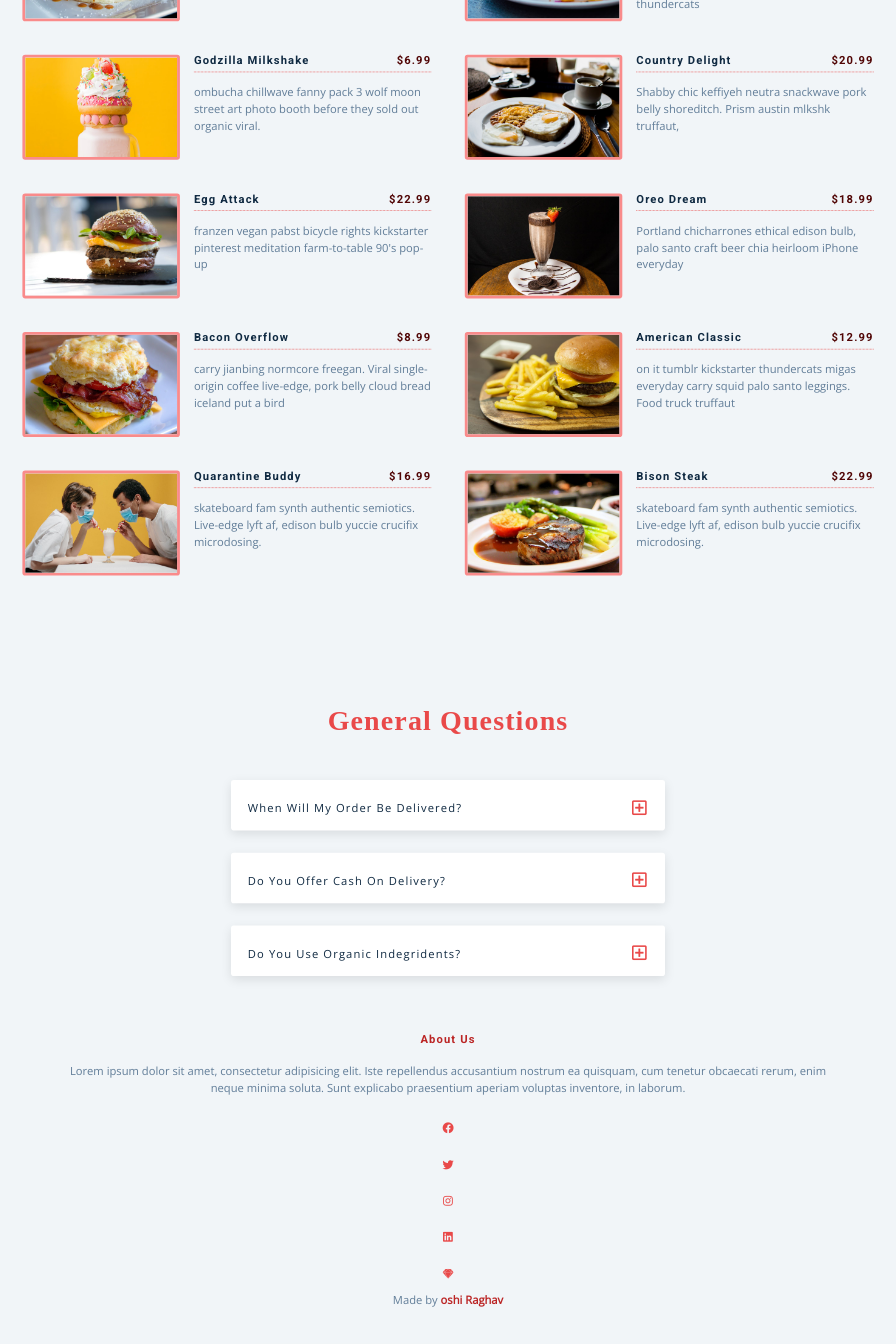
Repository: xoshiraghavx/Food-you
Page: index.html
The author's editor kept a copy of each file at every save. The page is drawn from the files as they stood at one save, then again after the next save.
The browser window is 1280 px wide. The pictures show the part of the page from y = 1245 to 3165 px (the page is 3165 px tall before and 3025 px after), at 70% of full size.
Some web libraries are served in a nearby version.

Above is the page before, as saved 2022-12-03 08:48:26.

### index.html
<!DOCTYPE html>
<html lang="en">
  <head>
    <meta charset="UTF-8" />
    <meta name="viewport" content="width=device-width, initial-scale=1.0" />
    <title>interior design</title>
    <!-- font-awesome -->
    <link
      rel="stylesheet"
      href="https://cdnjs.cloudflare.com/ajax/libs/font-awesome/5.14.0/css/all.min.css"
    />

    <!-- styles -->
    <link rel="stylesheet" href="styles.css" />
  </head>
  <body>
<nav>
  <div class="nav-center">
    <div class="nav-header">
      <div class="logo-div">
      <img src="./img/logo.png" alt="logo" class="logo">
      <div class="logo-name">
      <p><span id="color"><b>FOOD </b><br><i>& you</i></span></p>
    </div>
    </div>
      <button class="nav-toggle">
        <i class="fas fa-bars"></i>
      </button>
    </div>
    <!-- links -->
    <ul class="links">

      <li>
        <a href="index.html">home</a>
      </li>
      <li>
        <a href="about.html">about</a>
      </li>
      <li>
        <a href="contact.html">contact</a>
      </li>
    </ul>
    <!-- social media -->
    <ul class="social-icons">
      <li>
        <a href="https://www.facebook.com">
          <i class="fab fa-facebook"></i>
        </a>
      </li>
      <li>
        <a href="https://www.twitter.com">
          <i class="fab fa-twitter"></i>
        </a>
      </li>
      <li>
        <a href="https://www.instagram.com">
          <i class="fab fa-instagram"></i>
        </a>
      </li>
      <li>
        <a href="https://www.linkedin.com">
          <i class="fab fa-linkedin"></i>
        </a>
      </li>
      <li>
        <a href="https://www.twitter.com">
          <i class="fab fa-sketch"></i>
        </a>
      </li>
    </ul>
  </div>
</nav>
<header class="hero">
  <div class="banner">
    <h2>Looking for some food!</h2>
    <button class="btn modal-btn">Order Now</button>
  </div>
</header>
<div class="modal-overlay">
  <div class="modal-container">
    <br>
    <h3>Title</h3>
    <p>Lorem ipsum dolor sit amet consectetur adipisicing elit. Illo deleniti eum mollitia distinctio! Nesciunt dolor minima animi esse officia! Recusandae? Lorem ipsum dolor sit amet consectetur, adipisicing elit. Aspernatur, hic.</p>
    <button class="close-btn">
      <i class="fas fa-times"> </i>
    </button>
  </div>
</div>
<section class="menu">
  <div class="title">
    <h2>Our Menu</h2>
    <div class="underline"></div>
  </div>
  <div class="btn-container">
    <!-- <button class="filter-btn" type="button" data-id="all">all</button>
    <button class="filter-btn" type="button"data-id="breakfast">breakfast</button>
    <button class="filter-btn" type="button" data-id="lunch">lunch</button>
    <button class="filter-btn" type="button" data-id="shakes">shakes</button> -->
  </div>
    <div class="section-center">
      <!-- <article class="menu-item">
        <img src="./menu-item.jpeg" class="photo" alt="menu item">
        <div class="item-info">
          <header>
            <h4>buttermilk pancakes</h4>
            <h4 class="price">Rs 600/-</h4>
          </header>
          <p class="item-text">Lorem ipsum, dolor sit amet consectetur adipisicing elit. Dolore totam aliquid ut eius architecto magni cumque explicabo voluptate, repudiandae harum.</p>
        </div>
      </article> -->
    </div>
</section>
<section class="questions">
  <div class="title">
    <h2>general questions</h2>
  </div>
  <div class="question-center">
    <article class="question">
      <div class="question-title">
      <p>When will my order be delivered?</p>
      <button type="button" class="question-btn">
        <span class="plus-icon">
      <i class="far fa-plus-square"></i>
        </span>

        <span class="minus-icon">
      <i class="far fa-minus-square"></i>
        </span>

      </button>
    </div>
    <div class="question-text">
      <p>Estimated delivery are given against each products. While sincere efforts are being made to deliver the products within the given time frame factors like, availability, festive seasons, courier delays are bound to happen. These factors are constantly monitored to keep any inordinate delays under control.</p>
    </div>
    </article>
    <article class="question">
      <div class="question-title">
      <p>Do you offer Cash on Delivery?</p>
      <button type="button" class="question-btn">
        <span class="plus-icon">
      <i class="far fa-plus-square"></i>
        </span>

        <span class="minus-icon">
      <i class="far fa-minus-square"></i>
        </span>

      </button>
    </div>
    <div class="question-text">
      <p>Yes. We offer Cash on Delivery which most of the other websites don't offer.</p>
    </div>
    </article>
    <article class="question">
      <div class="question-title">
      <p>do you use organic indegridents?</p>
      <button type="button" class="question-btn">
        <span class="plus-icon">
      <i class="far fa-plus-square"></i>
        </span>

        <span class="minus-icon">
      <i class="far fa-minus-square"></i>
        </span>

      </button>
    </div>
    <div class="question-text">
      <p>We deliver the products that are fresh and systems are kept in place to source the best products and safely consign them to you. We don't stock the products but place once we receive orders.</p>
    </div>
    </article>
  </div>
</section>
<!-- --------footer--------- -->
<section class="footer">
  <h4 id="color">About Us</h4>
  <p>Lorem ipsum dolor sit amet, consectetur adipisicing elit. Iste repellendus accusantium nostrum ea quisquam, cum tenetur obcaecati rerum, enim <br> neque minima soluta. Sunt explicabo praesentium aperiam voluptas inventore, in laborum.</p>
  <ul class="icons">
    <li>
      <a href="https://www.facebook.com">
        <i class="fab fa-facebook"></i>
      </a>
    </li>
    <li>
      <a href="https://www.twitter.com">
        <i class="fab fa-twitter"></i>
      </a>
    </li>
    <li>
      <a href="https://www.instagram.com">
        <i class="fab fa-instagram"></i>
      </a>
    </li>
    <li>
      <a href="https://www.linkedin.com">
        <i class="fab fa-linkedin"></i>
      </a>
    </li>
    <li>
      <a href="https://www.twitter.com">
        <i class="fab fa-sketch"></i>
      </a>
    </li>
  </ul>
  <p>Made by <b id="color">oshi Raghav</b></p>
</section>
<!-- javascript -->
    <script src="app.js"></script>
  </body>
</html>

### styles.css
/*
===============
Fonts
===============
*/
@import url('https://fonts.googleapis.com/css?family=Open+Sans|Roboto:400,700&display=swap');

/*
===============
Variables
===============
*/

:root {
  /* dark shades of primary color*/
  --clr-primary-1: hsl(0, 86%, 17%);
  --clr-primary-2: hsl(0, 77%, 27%);
  --clr-primary-3: hsl(0, 72%, 37%);
  --clr-primary-4: hsl(0, 63%, 48%);
  /* primary/main color */
  --clr-primary-5: hsl(0, 78%, 60%);
  /* lighter shades of primary color */
  --clr-primary-6: hsl(0, 90%, 70%);
  --clr-primary-7: hsl(0, 90%, 76%);
  --clr-primary-8: hsl(0, 86%, 81%);
  --clr-primary-9: hsl(0, 90%, 88%);
  --clr-primary-10: hsl(0, 100%, 96%);
  /* darkest grey - used for headings */
  --clr-grey-1: hsl(209, 61%, 16%);
  --clr-grey-2: hsl(211, 39%, 23%);
  --clr-grey-3: hsl(209, 34%, 30%);
  --clr-grey-4: hsl(209, 28%, 39%);
  /* grey used for paragraphs */
  --clr-grey-5: hsl(210, 22%, 49%);
  --clr-grey-6: hsl(209, 23%, 60%);
  --clr-grey-7: hsl(211, 27%, 70%);
  --clr-grey-8: hsl(210, 31%, 80%);
  --clr-grey-9: hsl(212, 33%, 89%);
  --clr-grey-10: hsl(210, 36%, 96%);
  --clr-white: #fff;
  --clr-red-dark: hsl(360, 67%, 44%);
  --clr-red-light: hsl(360, 71%, 66%);
  --clr-green-dark: hsl(125, 67%, 44%);
  --clr-green-light: hsl(125, 71%, 66%);
  --clr-black: #222;
  --ff-primary: 'Roboto', sans-serif;
  --ff-secondary: 'Open Sans', sans-serif;
  --transition: all 0.3s linear;
  --spacing: 0.1rem;
  --radius: 0.25rem;
  --light-shadow: 0 5px 15px rgba(0, 0, 0, 0.1);
  --dark-shadow: 0 5px 15px rgba(0, 0, 0, 0.2);
  --max-width: 1170px;
  --fixed-width: 620px;
}
/*
===============
Global Styles
===============
*/

*,
::after,
::before {
  margin: 0;
  padding: 0;
  box-sizing: border-box;
}
body {
  font-family: var(--ff-secondary);
  background: var(--clr-grey-10);
  color: var(--clr-grey-1);
  line-height: 1.5;
  font-size: 0.875rem;
}
ul {
  list-style-type: none;
}
a {
  text-decoration: none;
}
img:not(.logo) {
  width: 100%;
}
img {
  display: block;
}
h1,
h2,
h3,
h4 {
  letter-spacing: var(--spacing);
  text-transform: capitalize;
  line-height: 1.25;
  margin-bottom: 0.75rem;
  font-family: var(--ff-primary);
}
h1 {
  font-size: 3rem;
}
h2 {
  font-size: 2rem;
}
h3 {
  font-size: 1.25rem;
}
h4 {
  font-size: 0.875rem;
}
p {
  margin-bottom: 1.25rem;
  color: var(--clr-grey-5);
}
@media screen and (min-width: 800px) {
  h1 {
    font-size: 4rem;
  }
  h2 {
    font-size: 2.5rem;
  }
  h3 {
    font-size: 1.75rem;
  }
  h4 {
    font-size: 1rem;
  }
  body {
    font-size: 1rem;
  }
  h1,
  h2,
  h3,
  h4 {
    line-height: 1;
  }
}
/*  global classes */
.btn {
  text-transform: uppercase;
  background: transparent;
  color: var(--clr-black);
  padding: 0.375rem 0.75rem;
  letter-spacing: var(--spacing);
  display: inline-block;
  transition: var(--transition);
  font-size: 0.875rem;
  border: 2px solid var(--clr-black);
  cursor: pointer;
  box-shadow: 0 1px 3px rgba(0, 0, 0, 0.2);
  border-radius: var(--radius);
}
.btn:hover {
  color: var(--clr-white);
  background: var(--clr-black);
}
/* section */
.section {
  padding: 5rem 0;
}


@media screen and (min-width: 992px) {
  .section-center .question-center {
    width: 95vw;
  }
}
main {
  min-height: 100vh;
  display: grid;
  place-items: center;
}

/*
===============
Navbar
===============
*/
nav {
  background: var(--clr-white);
  box-shadow: var(--light-shadow);
  position: fixed;
  width: 100%;
}
.nav-header {
  display: flex;
  align-items: center;
  justify-content: space-between;
  padding: 1rem;
}
.nav-toggle {
  font-size: 1.5rem;
  color: var(--clr-primary-5);
  background: transparent;
  border-color: transparent;
  transition: var(--transition);
  cursor: pointer;
}
.nav-toggle:hover {
  color: var(--clr-primary-1);
  transform: rotate(90deg);
}
.logo-div{
  display: flex;
}
.logo {
  height: 90px;
  width: 90px;
}
.logo-name{
  margin-top: 20px;
}
#color{
  color: var(--clr-red-dark);

}
.links a {
  color: var(--clr-grey-3);
  font-size: 1rem;
  text-transform: capitalize;
  letter-spacing: var(--spacing);
  display: block;
  padding: 0.5rem 1rem;
  transition: var(--transition);
}
.links a:hover {
  background: var(--clr-primary-8);
  color: var(--clr-primary-5);
  padding-left: 1.5rem;
}
.social-icons {
  display: none;
}
.links {
  height: 0;
  overflow: hidden;
  transition: var(--transition);
}
.show-links {
  height: 10rem;
}
@media screen and (min-width: 800px) {
  .nav-center {
    max-width: 1170px;
    margin: 0 auto;
    display: flex;
    align-items: center;
    justify-content: space-between;
    padding: 1rem;
  }
  .nav-header {
    padding: 0;
  }
  .nav-toggle {
    display: none;
  }
  .links {
    height: auto;
    display: flex;
  }
  .links a {
    padding: 0;
    margin: 0 0.5rem;
  }
  .links a:hover {
    padding: 0;
    background: transparent;
  }

  .social-icons {
    display: flex;
  }
  .social-icons a {
    margin: 0 0.5rem;
    color: var(--clr-primary-4);
    transition: var(--transition);
  }
  .social-icons a:hover {
    color: var(--clr-primary-7);
  }
}
/* modal css  */
.hero {
  height: 100vh;
  background: linear-gradient(rgba(4, 9, 30, 0.421),rgba(4, 9, 30, 0.421)),url("https://discovertemplate.com/wp-content/uploads/2020/11/DT_G62_Food-drink-Animated-GIF-Icon-Pack.gif") center/cover no-repeat;
  display: grid;
  place-items: center;
}
.banner {
  background: var(--clr-white);
  padding: 4rem 0;
  border-radius: var(--radius);
  box-shadow: var(--light-shadow);
  text-align: center;
  width: 90vw;
  max-width: var(--fixed-width);
}
.modal-btn {
  margin-top: 2rem;
  background: var(--clr-primary-5);
  border-color: var(--clr-primary-5);
  color: var(--clr-white);
}
.modal-btn:hover {
  background: transparent;
  color: var(--clr-primary-5);
}
.modal-overlay {
  position: fixed;
  top: 0;
  left: 0;
  width: 100%;
  height: 100%;
  background: hsla(209, 61%, 16%, 0.77);
  display: grid;
  place-items: center;
  transition: var(--transition);
  visibility: hidden;
  z-index: -10;
}
/* OPEN/CLOSE MODAL */
.open-modal {
  visibility: visible;
  z-index: 10;
}
.modal-container {
  background: var(--clr-white);
  border-radius: var(--radius);
  width: 90vw;
  height: 30vh;
  max-width: var(--fixed-width);
  text-align: center;
  display: grid;
  place-items: center;
  position: relative;
}
.close-btn {
  position: absolute;
  top: 1rem;
  right: 1rem;
  font-size: 2rem;
  background: transparent;
  border-color: transparent;
  color: var(--clr-red-dark);
  cursor: pointer;
  transition: var(--transition);
}
.close-btn:hover {
  color: var(--clr-red-light);
  transform: scale(1.3);
}
/* menu css */

.menu {
  padding: 5rem 0;
}
.title {
  text-align: center;
  margin-bottom: 2rem;
}
.underline {
  width: 5rem;
  height: 0.25rem;
  background: var(--clr-primary-8);
  margin-left: auto;
  margin-right: auto;
}
.btn-container {
  margin-bottom: 4rem;
  display: flex;
  justify-content: center;
}
.filter-btn {
  background: transparent;
  border-color: var(--clr-primary-5);
  font-size: 1rem;
  text-transform: capitalize;
  margin: 0 0.5rem;
  letter-spacing: 1px;
  border-radius: var(--radius);
  padding: 0.375rem 0.75rem;
  color: var(--clr-primary-5);
  cursor: pointer;
  transition: var(--transition);
}
.filter-btn:hover {
  background: var(--clr-primary-5);
  color: var(--clr-white);
}
.section-center .question-center{
  width: 90vw;
  max-width: 1170px;
}
.section-center{
  display: grid;
  margin: 0 auto;
  gap: 3rem 3rem;
  justify-items: center;
}
.menu-item {
  display: grid;
  gap: 1rem 2rem;
  max-width: 25rem;
}
.photo {
  object-fit: cover;
  height: 200px;
  border: 0.25rem solid var(--clr-primary-7);
  border-radius: var(--radius);
}
.item-info header {
  display: flex;
  justify-content: space-between;
  border-bottom: 0.5px dotted var(--clr-primary-5);
}
.item-info h4 {
  margin-bottom: 0.5rem;
}
.price {
  color: var(--clr-primary-1);
}
.item-text {
  margin-bottom: 0;
  padding-top: 1rem;
}

@media screen and (min-width: 768px) {
  .menu-item {
    grid-template-columns: 225px 1fr;
    gap: 0 1.25rem;
    max-width: 40rem;
  }
  .photo {
    height: 175px;
  }
}
@media screen and (min-width: 1200px) {
  .section-center {
    width: 95vw;
    grid-template-columns: 1fr 1fr;
  }
  .photo {
    height: 150px;
  }
}

/*
===============
Questions
===============
*/
.title {
  margin-top: 15vh;
  margin-bottom: 4rem;
}
.title h2 {
  color: var(--clr-primary-5);
  font-family: "Great Vibes", cursive;
  text-align: center;
}
.question-center {
  max-width: var(--fixed-width);
  margin: 0 auto;
}
.question {
  background: var(--clr-white);
  border-radius: var(--radius);
  box-shadow: var(--light-shadow);
  padding: 1.5rem 1.5rem 0 1.5rem;
  margin-bottom: 2rem;
}
.question-title {
  display: flex;
  justify-content: space-between;
  align-items: center;
  text-transform: capitalize;
  padding-bottom: 1rem;
}
.question-title p {
  margin-bottom: 0;
  letter-spacing: var(--spacing);
  color: var(--clr-grey-1);
}
.question-btn {
  font-size: 1.5rem;
  background: transparent;
  border-color: transparent;
  cursor: pointer;
  color: var(--clr-primary-5);
  transition: var(--transition);
}
.question-btn:hover {
  transform: rotate(90deg);
}
.question-text {
  padding: 1rem 0 1.5rem 0;
  border-top: 1px solid rgba(0, 0, 0, 0.2);
}
.question-text p {
  margin-bottom: 0;
}
/* hide text */
.question-text {
  display: none;
}
.show-text .question-text {
  display: block;
}
.minus-icon {
  display: none;
}
.show-text .minus-icon {
  display: inline;
}
.show-text .plus-icon {
  display: none;
}
/* ---------footer----------- */
.footer{
  width: 100%;
  text-align: center;
  padding: 30px 0;
}
.footer h4{
  margin-bottom: 25px;
  margin-top: 20px;
  font-weight: 600;
}
.icons .fab{
  color: var(--clr-primary-5);
  margin: 0 13px;
  cursor: pointer;
  padding: 18px 0;
}

### app.js
// // classList - shows/gets all classes
// // contains - checks classList for specific class
// // add - add class
// // remove - remove class
// // toggle - toggles class

const navToggle = document.querySelector(".nav-toggle");
const links = document.querySelector(".links");

navToggle.addEventListener('click', () =>{
    links.classList.toggle("show-links")
})


// // modal js

const modalBtn = document.querySelector(".modal-btn");
const modal      = document.querySelector(".modal-overlay");
const closeBtn = document.querySelector(".close-btn");

modalBtn.addEventListener('click',() =>{
    modal.classList.add('open-modal');
})
closeBtn.addEventListener('click',() =>{
    modal.classList.remove('open-modal');
})
//menu
const menu = [
    {
      id: 1,
      title: "buttermilk pancakes",
      category: "breakfast",
      price: 15.99,
      img: "./img/item-1.jpeg",
      desc: `I'm baby woke mlkshk wolf bitters live-edge blue bottle, hammock freegan copper mug whatever cold-pressed `,
    },
    {
      id: 2,
      title: "diner double",
      category: "lunch",
      price: 13.99,
      img: "./img/item-2.jpeg",
      desc: `vaporware iPhone mumblecore selvage raw denim slow-carb leggings gochujang helvetica man braid jianbing. Marfa thundercats `,
    },
    {
      id: 3,
      title: "godzilla milkshake",
      category: "shakes",
      price: 6.99,
      img: "./img/item-3.jpeg",
      desc: `ombucha chillwave fanny pack 3 wolf moon street art photo booth before they sold out organic viral.`,
    },
    {
      id: 4,
      title: "country delight",
      category: "breakfast",
      price: 20.99,
      img: "./img/item-4.jpeg",
      desc: `Shabby chic keffiyeh neutra snackwave pork belly shoreditch. Prism austin mlkshk truffaut, `,
    },
    {
      id: 5,
      title: "egg attack",
      category: "lunch",
      price: 22.99,
      img: "./img/item-5.jpeg",
      desc: `franzen vegan pabst bicycle rights kickstarter pinterest meditation farm-to-table 90's pop-up `,
    },
    {
      id: 6,
      title: "oreo dream",
      category: "shakes",
      price: 18.99,
      img: "./img/item-6.jpeg",
      desc: `Portland chicharrones ethical edison bulb, palo santo craft beer chia heirloom iPhone everyday`,
    },
    {
      id: 7,
      title: "bacon overflow",
      category: "breakfast",
      price: 8.99,
      img: "./img/item-7.jpeg",
      desc: `carry jianbing normcore freegan. Viral single-origin coffee live-edge, pork belly cloud bread iceland put a bird `,
    },
    {
      id: 8,
      title: "american classic",
      category: "lunch",
      price: 12.99,
      img: "./img/item-8.jpeg",
      desc: `on it tumblr kickstarter thundercats migas everyday carry squid palo santo leggings. Food truck truffaut  `,
    },
    {
      id: 9,
      title: "quarantine buddy",
      category: "shakes",
      price: 16.99,
      img: "./img/item-9.jpeg",
      desc: `skateboard fam synth authentic semiotics. Live-edge lyft af, edison bulb yuccie crucifix microdosing.`,
    },
    {
      id: 10,
      title: "bison steak",
      category: "dinner",
      price: 22.99,
      img: "./img/item-10.jpeg",
      desc: `skateboard fam synth authentic semiotics. Live-edge lyft af, edison bulb yuccie crucifix microdosing.`,
    },
  ];
  // get parent element
  const sectionCenter = document.querySelector(".section-center");
  const btnContainer = document.querySelector(".btn-container");
  // display all items when page loads
  window.addEventListener("DOMContentLoaded", function () {
    diplayMenuItems(menu);
    displayMenuButtons();
  });

  function diplayMenuItems(menuItems) {
    let displayMenu = menuItems.map(function (item) {
      // console.log(item);

      return `<article class="menu-item">
            <img src=${item.img} alt=${item.title} class="photo" />
            <div class="item-info">
              <header>
                <h4>${item.title}</h4>
                <h4 class="price">$${item.price}</h4>
              </header>
              <p class="item-text">
                ${item.desc}
              </p>
            </div>
          </article>`;
    });
    displayMenu = displayMenu.join("");
    // console.log(displayMenu);

    sectionCenter.innerHTML = displayMenu;
  }
  function displayMenuButtons() {
    const categories = menu.reduce(
      function (values, item) {
        if (!values.includes(item.category)) {
          values.push(item.category);
        }
        return values;
      },
      ["all"]
    );
    const categoryBtns = categories
      .map(function (category) {
        return `<button type="button" class="filter-btn" data-id=${category}>
            ${category}
          </button>`;
      })
      .join("");

    btnContainer.innerHTML = categoryBtns;
    const filterBtns = btnContainer.querySelectorAll(".filter-btn");
    // console.log(filterBtns);

    filterBtns.forEach(function (btn) {
      btn.addEventListener("click", function (e) {
        // console.log(e.currentTarget.dataset);
        const category = e.currentTarget.dataset.id;
        const menuCategory = menu.filter(function (menuItem) {
          // console.log(menuItem.category);
          if (menuItem.category === category) {
            return menuItem;
          }
        });
        if (category === "all") {
          diplayMenuItems(menu);
        } else {
          diplayMenuItems(menuCategory);
        }
      });
    });
  }




// //questions css

const btns = document.querySelectorAll(".question-btn");

btns.forEach(function (btn) {
    btn.addEventListener('click', function (e) {
        const question =( e.currentTarget.parentElement.parentElement);
        question.classList.toggle("show-text");
    });
});

After the next save:
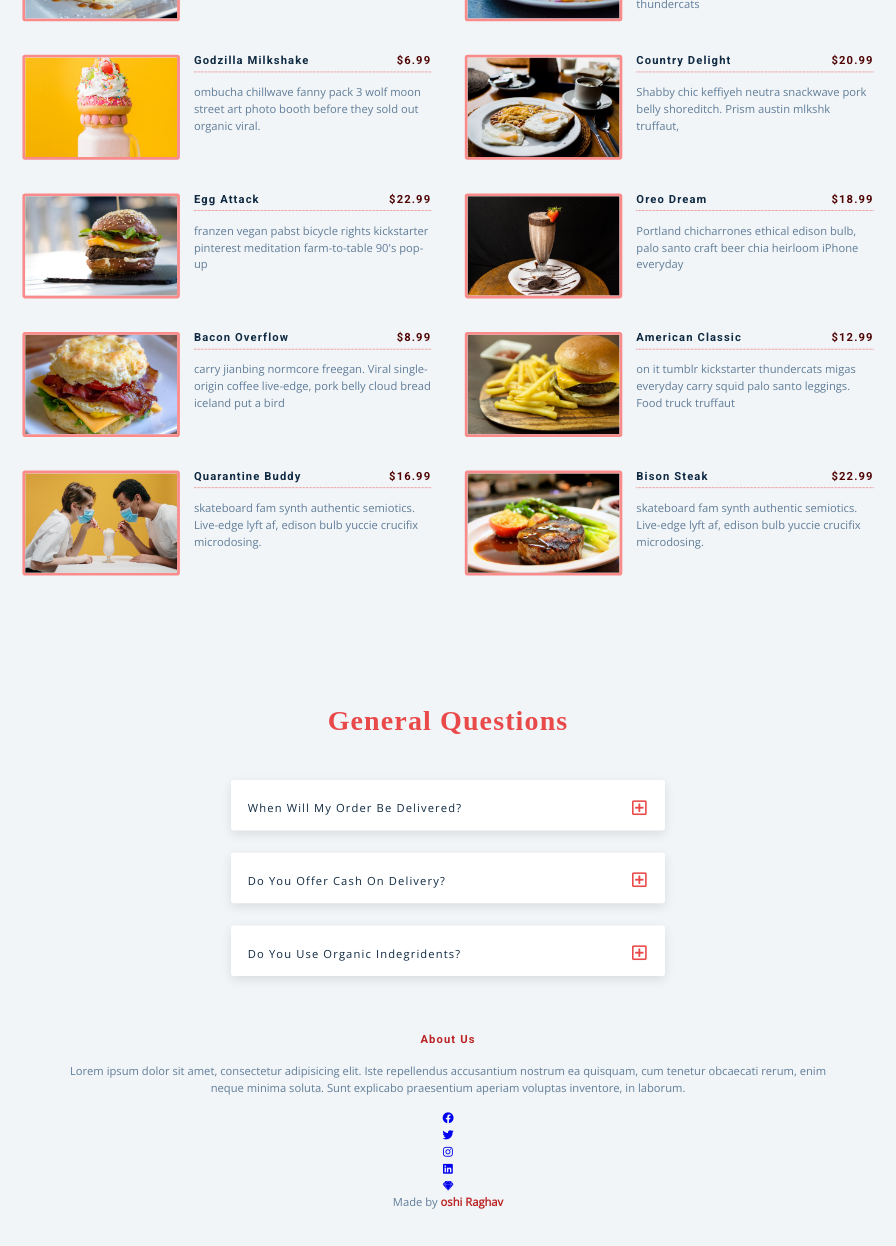
Saved 16 s later.
--- a/styles.css
+++ b/styles.css
@@ -525,6 +525,7 @@ Questions
   margin-top: 20px;
   font-weight: 600;
 }
+i.
 .icons .fab{
   color: var(--clr-primary-5);
   margin: 0 13px;
